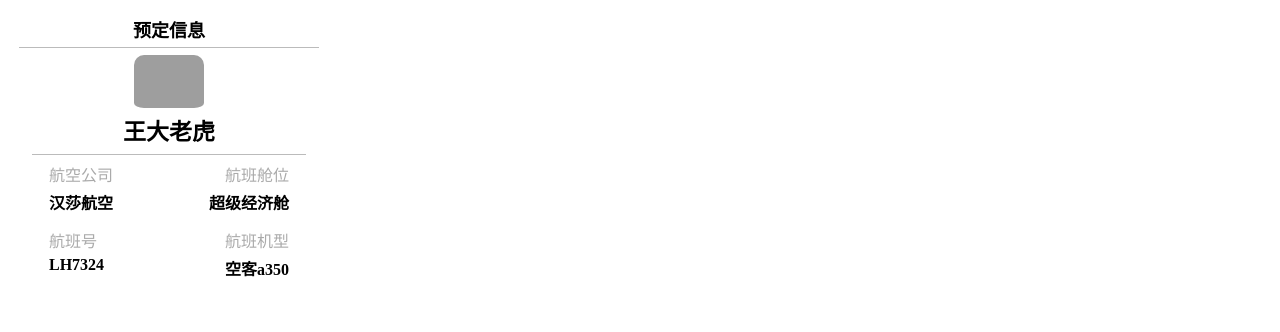
Repository: xzm1997/react-learning
Page: /
The author's editor kept a copy of each file at every save. The page is drawn from the files as they stood at one save, then again after the next save.
The browser window is 1280 px wide. The pictures show the whole page.
Pictures or frames that could not be fetched are drawn as grey boxes. The project was rebuilt for these pictures with package versions that can differ from the ones it lists, and the page was loaded fresh each time. Also part of the build but not shown: src/index.css.

Above is the page before, as saved 2023-02-11 09:52:48.

### src/index.js
import React from 'react';
import ReactDOM from 'react-dom/client';
import './index.css';

import BookInfo from './component/BookInfo.js'


export function Root() {
  const userName = '王大老虎';
  const ticketInfo = {
    airline : '汉莎航空',
    flightNum : 'LH7324',
    level : '超级经济舱',
    plane : '空客a350'
  }
  return (
    <div>
      <BookInfo
        userName={userName}
        ticketInfo={ticketInfo}
      />
    </div>
  )
}

// ========================================

const root = ReactDOM.createRoot(document.getElementById("root"));
root.render(<Root />);

### src/component/BookInfo.js
import './BookInfo.css'

export function UserInfo(props) {
  return (
    <div className='userInfo'>
      <img
        src='https://img1.baidu.com/it/u=1964469406,3571897169&fm=253&fmt=auto&app=138&f=JPEG?w=500&h=500'
        alt='ava'
        className='ava'
      ></img>
      <div className='userName'>{props.userName}</div>
    </div>
  )
}

export function InfoShow(props) {
  return (
    <div className='infoShow'>
      <div className='bookTitle'>{props.title}</div>
      <div className='bookContent'>{props.content}</div>
    </div>
  )
}

export default function BookInfo(props) {
  return (
    <div className='contentDisplay'>
      <div className='totalTitle'>预定信息</div>
      <UserInfo userName={props.userName} />
      <div className='infoDisplay'>
        <div className='infoItem leftSide'>
          <InfoShow title='航空公司' content={props.ticketInfo.airline}/>
          <InfoShow title='航班号' content={props.ticketInfo.flightNum}/>
        </div>
        <div className='infoItem rightSide'>
          <InfoShow title='航班舱位' content={props.ticketInfo.level}/>
          <InfoShow title='航班机型' content={props.ticketInfo.plane}/>
        </div>
      </div>
    </div>
    )
}

### src/component/BookInfo.css
.contentDisplay {
  width: 300px;
  border: solid 1px #fff;
  /* background: lemonchiffon; */
  border-radius: 20px;
  padding:5px 0;
  margin: 10px;
  display: flex;
  flex-direction: column;
  align-items: center;
}

.userInfo {
  display: flex;
  flex-direction: column;
  align-items: center;
  width: 260px;
  padding: 7px;
  border-bottom: solid 1px #bbb;
}

.ava {
  width: 70px;
  border-radius: 10px;
  padding-bottom: 5px;
}

.userName {
  font-weight: 700;
  font-size: 23px;
}

.bookTitle {
  color: #aaa;
}

.totalTitle {
  font-size: 18px;
  font-weight: 700;
  text-align: center;
  width: 300px;
  padding-bottom: 5px;
  border-bottom: solid 1px #bbb;
}

.bookContent {
  font-weight: 700;
}

.infoShow {
  padding: 5px 0;
}

.bookTitle {
  padding: 2px 0;
}

.bookContent {
  padding: 2px 0;
}

.infoDisplay {
  display: flex;
}

.infoItem {
  width: 120px;
}

.rightSide {
  text-align: right;
}

Loaded but not shown: public/index.html (common file)

After the next save:
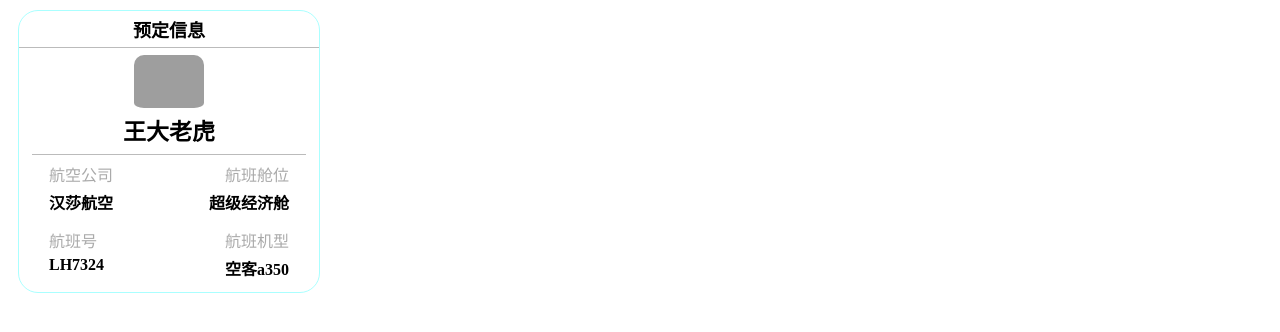
Saved 6 s later.
--- a/src/component/BookInfo.css
+++ b/src/component/BookInfo.css
@@ -1,6 +1,6 @@
 .contentDisplay {
   width: 300px;
-  border: solid 1px #fff;
+  border: solid 1px #aff;
   /* background: lemonchiffon; */
   border-radius: 20px;
   padding:5px 0;
